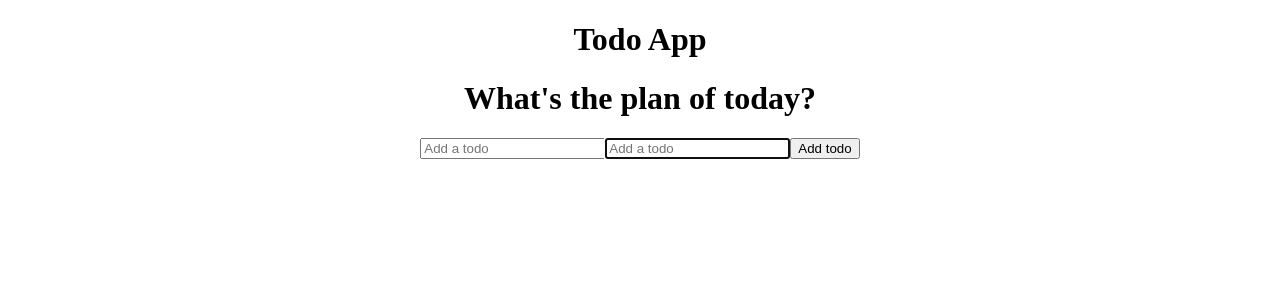
Repository: qqharry21/react-todo-app-v1
Page: /
An editor plug-in stored every save of this project. The page is shown before and after a run of saves, followed by the edit.
The browser window is 1280 px wide. The pictures show the whole page.
The project was rebuilt for these pictures with package versions that can differ from the ones it lists, and the page was loaded fresh each time. Also part of the build but not shown: src/components/Todo.js.

Above is the page before, as saved 2021-12-25 14:53:47.

### src/index.js
/** @format */

import React from 'react';
import ReactDOM from 'react-dom';

import App from './App';

ReactDOM.render(
  <React.StrictMode>
    <App />
  </React.StrictMode>,
  document.getElementById('root')
);

### src/App.js
/** @format */

import './App.css';
import TodoList from './components/TodoList';

function App() {
  return (
    <div className='App'>
      <h1>Todo App</h1>
      <TodoList />
    </div>
  );
}

export default App;

### src/components/TodoList.js
/** @format */

import React, { useState } from 'react';
import TodoForm from './TodoForm';
import Todo from './Todo';
function TodoList() {
  const [todos, setTodos] = useState([]);

  // 新增 todo
  const addTodo = todo => {
    if (!todo.text || /^\s$/.test(todo.text)) {
      return;
    }
    const newTodos = [todo, ...todos];

    setTodos(newTodos);
    // console.log('todos', todo, ...todos);
  };

  // 更改 todo 狀態
  const completeTodo = id => {
    let updateTodo = todos.map(todo => {
      if (todo.id === id) {
        todo.isComplete = !todo.isComplete;
      }
      return todo;
    });
    setTodos(updateTodo);
  };

  // 移除 todo
  const removeTodo = id => {
    let removeArray = todos.filter(todo => todo.id !== id);
    setTodos(removeArray);
  };

  // 編輯 todo
  const editTodo = (id, newValue) => {
    if (!newValue || /^\s$/.test(newValue)) {
      return;
    }
    setTodos(prevState => prevState.map(todo => (todo.id === id ? newValue : todo.text)));
  };

  return (
    <div>
      <h1>What's the plan of today?</h1>
      <TodoForm onSubmit={addTodo} />
      <Todo todos={todos} completeTodo={completeTodo} removeTodo={removeTodo} editTodo={editTodo} />
    </div>
  );
}

export default TodoList;

### src/components/TodoForm.js
/** @format */

import React, { useState, useEffect, useRef } from 'react';

function TodoForm({ onSubmit, edit }) {
  const [input, setInput] = useState(edit ? edit.value : '');

  const inputRef = useRef(null);

  useEffect(() => {
    inputRef.current.focus();
  }, []);

  const handleInput = e => {
    setInput(e.target.value);
  };

  const handleSubmit = e => {
    e.preventDefault();
    onSubmit({ id: Math.floor(Math.random() * 100), text: input, isComplete: false });
    setInput('');
  };

  return (
    <form action='' className='todo-form' onSubmit={handleSubmit}>
      <input
        type='text'
        className='todo-input'
        placeholder='Add a todo'
        name='text'
        value={input}
        onChange={handleInput}
        ref={inputRef}
      />
      <input
        type='text'
        className='todo-input'
        placeholder='Add a todo'
        name='text'
        value={input}
        onChange={handleInput}
        ref={inputRef}
      />
      <button className='todo-button'>Add todo</button>
    </form>
  );
}

export default TodoForm;

Loaded but not shown: public/index.html (common file); src/App.css (common file)

After the next 2 saves:
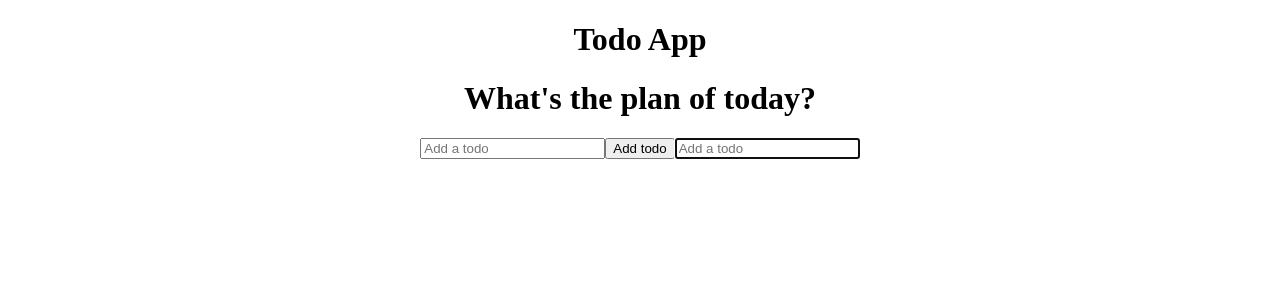
The 2 saves are shown as one change because 1 did not build or start.
The last was saved 51 s later.
--- a/src/components/TodoForm.js
+++ b/src/components/TodoForm.js
@@ -23,6 +23,31 @@ function TodoForm({ onSubmit, edit }) {
 
   return (
     <form action='' className='todo-form' onSubmit={handleSubmit}>
+      {edit ? (
+        <input
+          type='text'
+          className='todo-input'
+          placeholder='Add a todo'
+          name='text'
+          value={input}
+          onChange={handleInput}
+          ref={inputRef}
+        />
+      ) : (
+        <>
+          <input
+            type='text'
+            className='todo-input'
+            placeholder='Add a todo'
+            name='text'
+            value={input}
+            onChange={handleInput}
+            ref={inputRef}
+          />
+          <button className='todo-button'>Add todo</button>
+        </>
+      )}
+
       <input
         type='text'
         className='todo-input'
@@ -32,16 +57,6 @@ function TodoForm({ onSubmit, edit }) {
         onChange={handleInput}
         ref={inputRef}
       />
-      <input
-        type='text'
-        className='todo-input'
-        placeholder='Add a todo'
-        name='text'
-        value={input}
-        onChange={handleInput}
-        ref={inputRef}
-      />
-      <button className='todo-button'>Add todo</button>
     </form>
   );
 }
